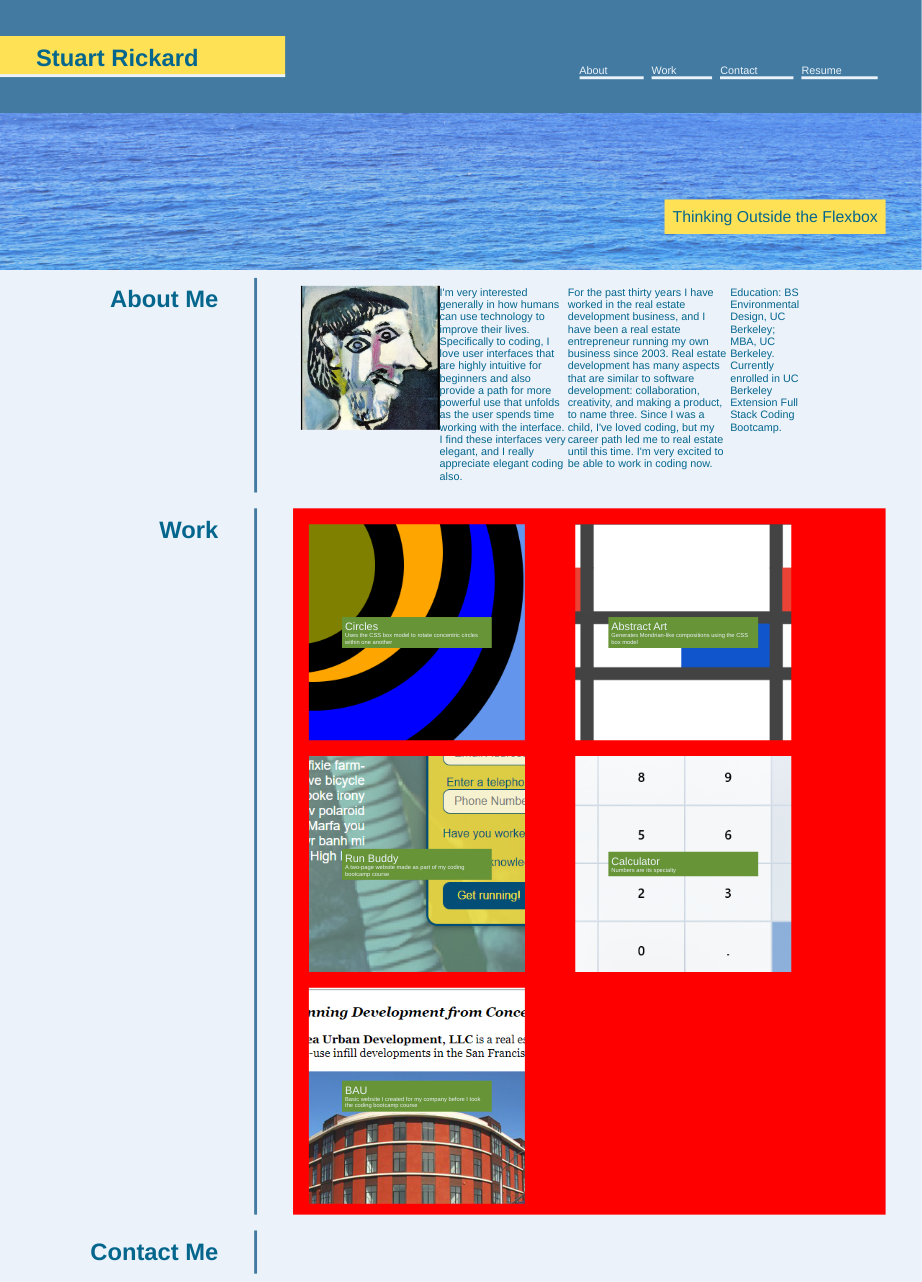
Repository: stuart-rickard/srport
Page: index.html
The author's editor kept a copy of each file at every save. The page is drawn from the files as they stood at one save, then again after the next save.
The browser window is 1280 px wide. The pictures show the whole page, at 72% of full size.
Backgrounds fixed to the window are drawn as part of the page.

Above is the page before, as saved 2021-11-12 22:19:35.

### index.html
<!DOCTYPE html>
<html lang="en">
  <head>
    <meta charset="UTF-8" />
    <meta name="viewport" content="width=device-width, initial-scale=1.0" />
    <meta http-equiv="X-UA-Compatible" content="ie=edge" />
    <link rel="stylesheet" href="./assets/css/style.css">
    <title>Stuart Rickard Portfolio</title>
  </head>
  <body>
    <header>
      <h1>Stuart Rickard</h1>
      <nav><ul>
        <li><a href="#about-me-title">About</a></li>
        <li><a href="#work-title">Work</a></li>
        <li><a href="#contact-me-title">Contact</a></li>
        <li><a href="underconstruction.html">Resume</a></li>
      </ul></nav>
    </header>
    <section class=band-below-header>
      <p>Thinking Outside the Flexbox</p>
      <!-- Photo credit: the waves photo was downloaded from a website that offered free photos -->
    </section>
    <main>
      <section class=main-section>
        <div class=main-section-Title id="about-me-title">About Me</div>
        <div class=main-section-Content id=about-me-text>
          <img src="assets/images/face.png" alt="painted face">
          <p>
            I'm very interested generally in how humans can use technology to improve their lives.  Specifically to coding, I love user interfaces that are highly intuitive for beginners and also provide a path for more powerful use that unfolds as the user spends time working with the interface.  I find these interfaces very elegant, and I really appreciate elegant coding also.
          </p>
          <p>
            For the past thirty years I have worked in the real estate development business, and I have been a real estate entrepreneur running my own business since 2003.  Real estate development has many aspects that are similar to software development: collaboration, creativity, and making a product, to name three.  Since I was a child, I've loved coding, but my career path led me to real estate until this time.  I'm very excited to be able to work in coding now.
          </p>
          <p>
            Education: BS Environmental Design, UC Berkeley; MBA, UC Berkeley.  Currently enrolled in UC Berkeley Extension Full Stack Coding Bootcamp.
          </p>
        </div>
      </section>
      <section class=main-section>
        <div class=main-section-Title id="work-title">Work</div>
        <div class=main-section-Content id="work-card-container">
          <!-- Circles - this links to a live page -->
          <article class=work-card>
            <a href="https://stuart-rickard.github.io/sandbox/circles/">
              <img id=circles src="assets/images/circles.png" alt="multi-colored graphic pattern with circles">
            </a>
            <div>Circles
              <p>Uses the CSS box model to rotate concentric circles within one another</p>
            </div>
          </article>
          <!-- Abstract Art - this links to the "under construction" page -->
          <article class=work-card>
            <a href="underconstruction.html">
              <img id=abstract-art src="assets/images/abstract.png" alt="primary color composition inspried by Piet Mondtrian's art">
            </a>
            <div>Abstract Art
              <p>Generates Mondrian-like compositions using the CSS box model</p>
            </div>
          </article>
          <!-- Run Buddy - this links to a live page -->
          <article class=work-card>
            <a href="https://stuart-rickard.github.io/runbuddy2/">
              <img id=run-buddy src="assets/images/run-buddy.png" alt="screenshot showing a website">
            </a>
            <div>Run Buddy
              <p>A two-page website made as part of my coding bootcamp course</p>
            </div>
          </article>
          <!-- Calculator - this links to the "under construction" page -->
          <article class=work-card>
            <a href="underconstruction.html">
              <img id=calculator src="assets/images/calculator.png" alt="calculator with numbered keys">
            </a>
            <div>Calculator
              <p>Numbers are its specialty</p>
            </div>
          </article>
          <!-- BAU - this links to the "under construction" page -->
          <article class=work-card>
            <a href="underconstruction.html">
              <img id=BAU src="assets/images/bau.png" alt="screenshot showing a website">
            </a>
            <div>BAU
              <p>Basic website I created for my company before I took the coding bootcamp course</p>
            </div>
          </article>
        </div>
      </section>
      <section class=main-section>
        <div class=main-section-Title id="contact-me-title">Contact Me</div>
        <div class=main-section-Content id="contact-me-content">
          <a href="tel:+15104999400">+1.510.499.9400</a>
          <a href="mailto:SR@bau-dev.com">SR@bau-dev.com</a>
          <!-- These two links go to the "under construction" page -->
          <a href="underconstruction.html">Github</a>
          <a href="underconstruction.html">Spotify</a>
        </div>
      </section>
    </main>
  </body>
</html>

Loaded but not shown: assets/css/style.css (library)

After the next save:
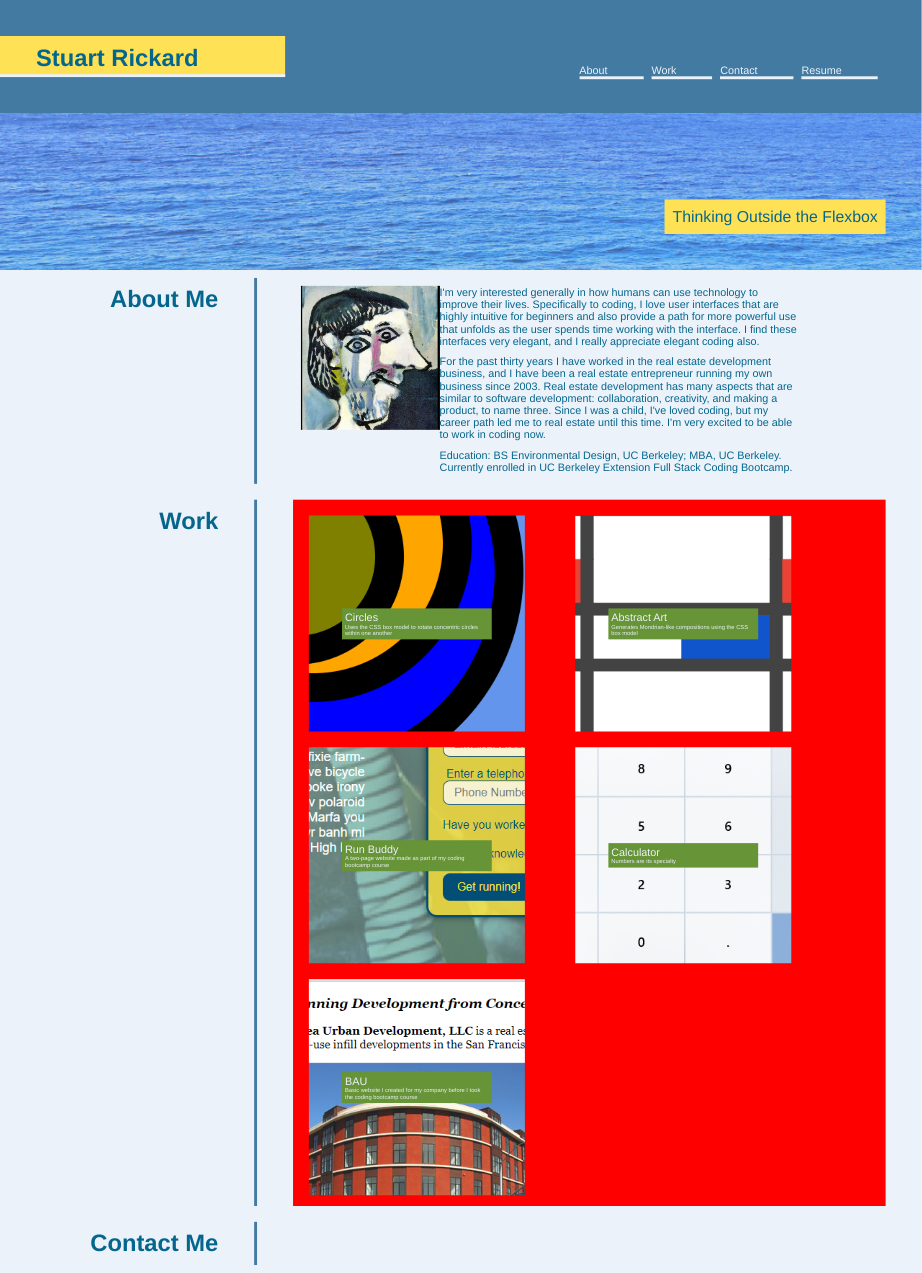
Saved 2 min 11 s later.
--- a/index.html
+++ b/index.html
@@ -26,15 +26,18 @@
         <div class=main-section-Title id="about-me-title">About Me</div>
         <div class=main-section-Content id=about-me-text>
           <img src="assets/images/face.png" alt="painted face">
-          <p>
-            I'm very interested generally in how humans can use technology to improve their lives.  Specifically to coding, I love user interfaces that are highly intuitive for beginners and also provide a path for more powerful use that unfolds as the user spends time working with the interface.  I find these interfaces very elegant, and I really appreciate elegant coding also.
-          </p>
-          <p>
-            For the past thirty years I have worked in the real estate development business, and I have been a real estate entrepreneur running my own business since 2003.  Real estate development has many aspects that are similar to software development: collaboration, creativity, and making a product, to name three.  Since I was a child, I've loved coding, but my career path led me to real estate until this time.  I'm very excited to be able to work in coding now.
-          </p>
-          <p>
-            Education: BS Environmental Design, UC Berkeley; MBA, UC Berkeley.  Currently enrolled in UC Berkeley Extension Full Stack Coding Bootcamp.
-          </p>
+          <!-- Image credit: this is cropped from a Picasso painting -->
+          <div>
+            <p>
+              I'm very interested generally in how humans can use technology to improve their lives.  Specifically to coding, I love user interfaces that are highly intuitive for beginners and also provide a path for more powerful use that unfolds as the user spends time working with the interface.  I find these interfaces very elegant, and I really appreciate elegant coding also.
+            </p>
+            <p>
+              For the past thirty years I have worked in the real estate development business, and I have been a real estate entrepreneur running my own business since 2003.  Real estate development has many aspects that are similar to software development: collaboration, creativity, and making a product, to name three.  Since I was a child, I've loved coding, but my career path led me to real estate until this time.  I'm very excited to be able to work in coding now.
+            </p>
+            <p>
+              Education: BS Environmental Design, UC Berkeley; MBA, UC Berkeley.  Currently enrolled in UC Berkeley Extension Full Stack Coding Bootcamp.
+            </p>
+          </div>
         </div>
       </section>
       <section class=main-section>
